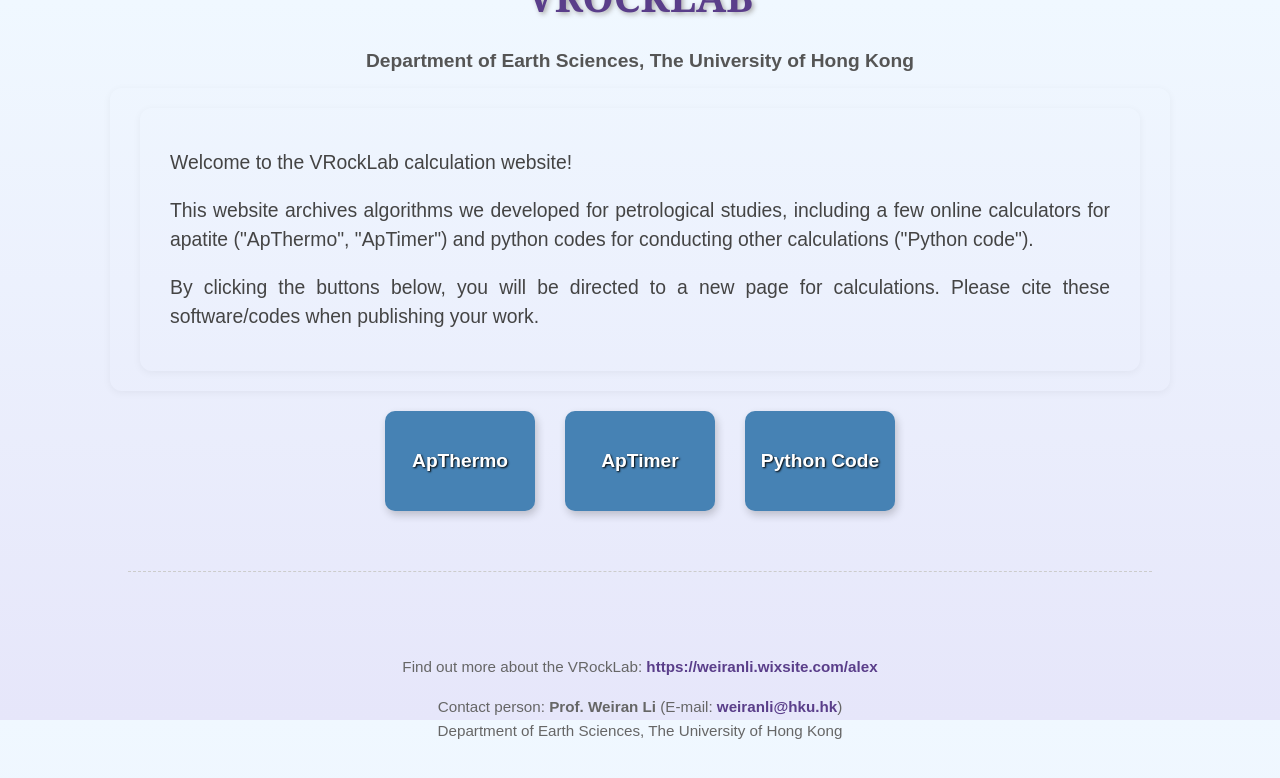
Repository: Abyss2019/home_page
Page: index.html
An editor plug-in stored every save of this project. The page is shown before and after a run of saves, followed by the edit.
The browser window is 1280 px wide. The pictures show the whole page.

Above is the page before, as saved 2025-04-06 10:37:44.

### index.html
<!DOCTYPE html>
<html lang="en">
<head>
    <meta charset="UTF-8">
    <meta name="viewport" content="width=device-width, initial-scale=1.0">
    <title>VROCKLAB</title>
    <style>
        body {
            font-family: Arial, sans-serif;
            margin: 0;
            padding: 0;
            /* background-image: url('./bg.webp'); */
            background: linear-gradient(to bottom, #f0f8ff, #e6e6fa);
            color: #333;
            display: flex;
            flex-direction: column;
            align-items: center;
            justify-content: center;
            height: 100vh;
        }

        header {
            text-align: center;
            /* margin-bottom: 30px; */
        }

        header h1 {
            font-size: 2.5em;
            font-family: 'Georgia', serif;
            text-shadow: 2px 2px 5px #aaa;
            color: #5a3e8a;
        }



        header h2 {
            font-size: 1.2em;
            margin-top: 5px;
            color: #555;
        }

        .intro {
        font-size: 1.1em;
        line-height: 1.5;
        text-align: justify;
        color: #444;
        /* background-color: #f2f6ff; */
        padding: 20px 30px;
        border-radius: 12px;
        box-shadow: 0 2px 8px rgba(0,0,0,0.05);
        max-width: 1000px;
        }

        /* .indent p {
        text-indent: 2em;
        margin-bottom: 1em;
        } */


        .buttons-container {
            display: flex;
            gap: 30px;
            margin: 20px 0;
        }

        .button {
            display: flex;
            align-items: center;
            justify-content: center;
            width: 150px;
            height: 100px;
            background-color: #4682b4;
            border-radius: 10px;
            box-shadow: 2px 4px 8px rgba(0, 0, 0, 0.2);
            color: #fff;
            font-size: 1.2em;
            font-weight: bold;
            text-decoration: none;
            text-shadow: 1px 1px 2px #000;

        }
        .button:hover{
          transform: scale(1.05);
        }

        footer {
        margin-top: 40px;
        font-size: 0.95em;
        color: #666;
        text-align: center;
        padding: 20px;
        /* background-color: #f8f8ff; */
        /* border-top: 1px solid #ccc; */
        line-height: 1.6;
        }

        footer a {
        color: #5a3e8a;
        text-decoration: none;
        font-weight: bold;
        }

        footer a:hover {
        text-decoration: underline;
        }
    </style>
</head>
<body>
    <header>
        <h1>VROCKLAB</h1>
        <h2>Department of Earth Sciences, The University of Hong Kong</h2>
    </header>

    <div class="intro">
        <div class="intro indent">
        <p>Welcome to the VRockLab calculation website!</p>
        <p>This website archives algorithms we developed for petrological studies, including a few online calculators for apatite ("ApThermo", "ApTimer") and python codes for conducting other calculations ("Python code").</p>
        <p>By clicking the buttons below, you will be directed to a new page for calculations. Please cite these software/codes when publishing your work.</p>
        </div>
    </div>

    <div class="buttons-container">
        <a href="https://vrocklab.hku.hk/ApThermo/" target="_blank" class="button">ApThermo</a>
        <a href="https://vrocklab.hku.hk/ApTimer/" target="_blank" class="button">ApTimer</a>
        <a href="https://vrocklab.hku.hk/python-code/" target="_blank" class="button">Python Code</a>
    </div>

    <hr style="width: 80%; margin-top: 40px; border: none; border-top: 1px dashed #ccc;">

    <footer>
        <p>
            Find out more about the VRockLab:
            <a href="https://weiranli.wixsite.com/alex" target="_blank">https://weiranli.wixsite.com/alex</a>
        </p>
        <p>
            Contact person: <strong>Prof. Weiran Li</strong> (E-mail:
            <a href="mailto:weiranli@hku.hk">weiranli@hku.hk</a>)<br>
            Department of Earth Sciences, The University of Hong Kong
        </p>
    </footer>
</body>
</html>

After the next 2 saves:
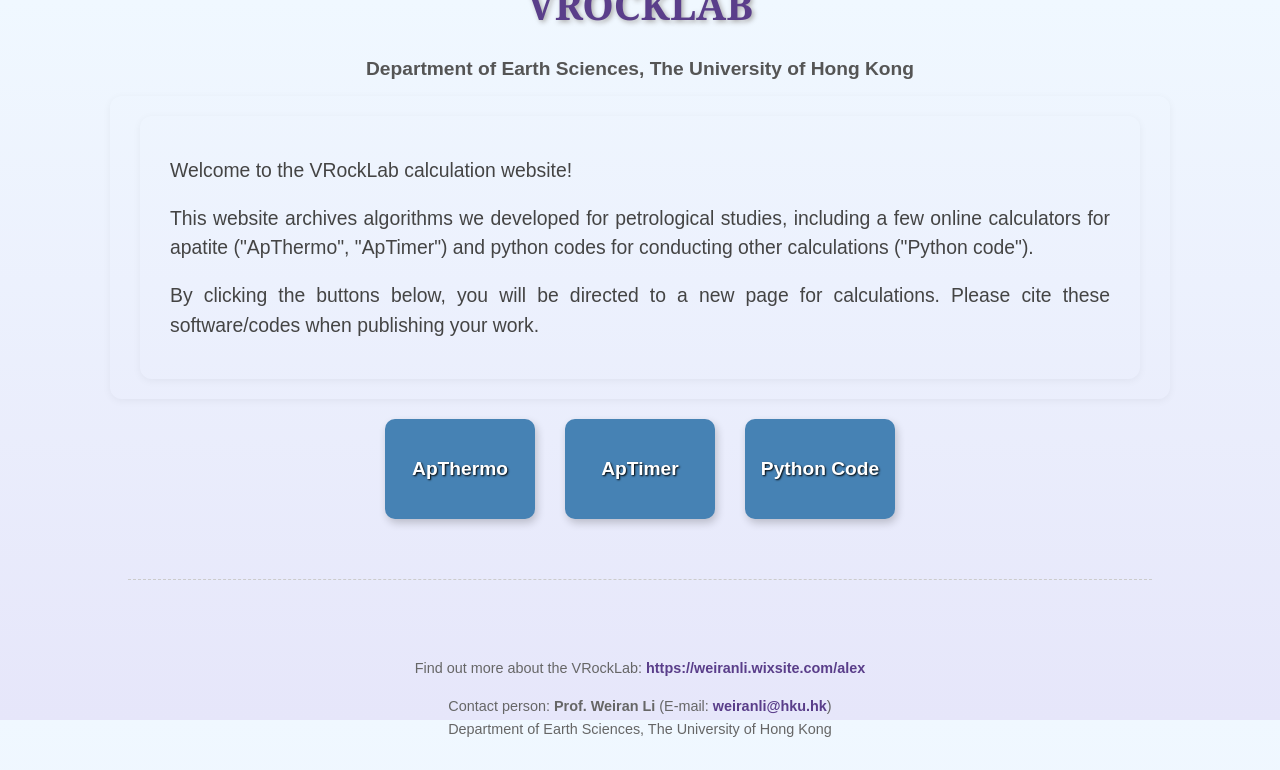
The 2 saves are shown as one change because they came seconds apart.
The last was saved 39 s later.
--- a/index.html
+++ b/index.html
@@ -93,6 +93,13 @@
         /* border-top: 1px solid #ccc; */
         line-height: 1.6;
         }
+        footer {
+        font-size: 0.9em;
+        margin-top: 40px;
+        padding: 15px 0;
+        text-align: center;
+        color: #666;
+        }
 
         footer a {
         color: #5a3e8a;
